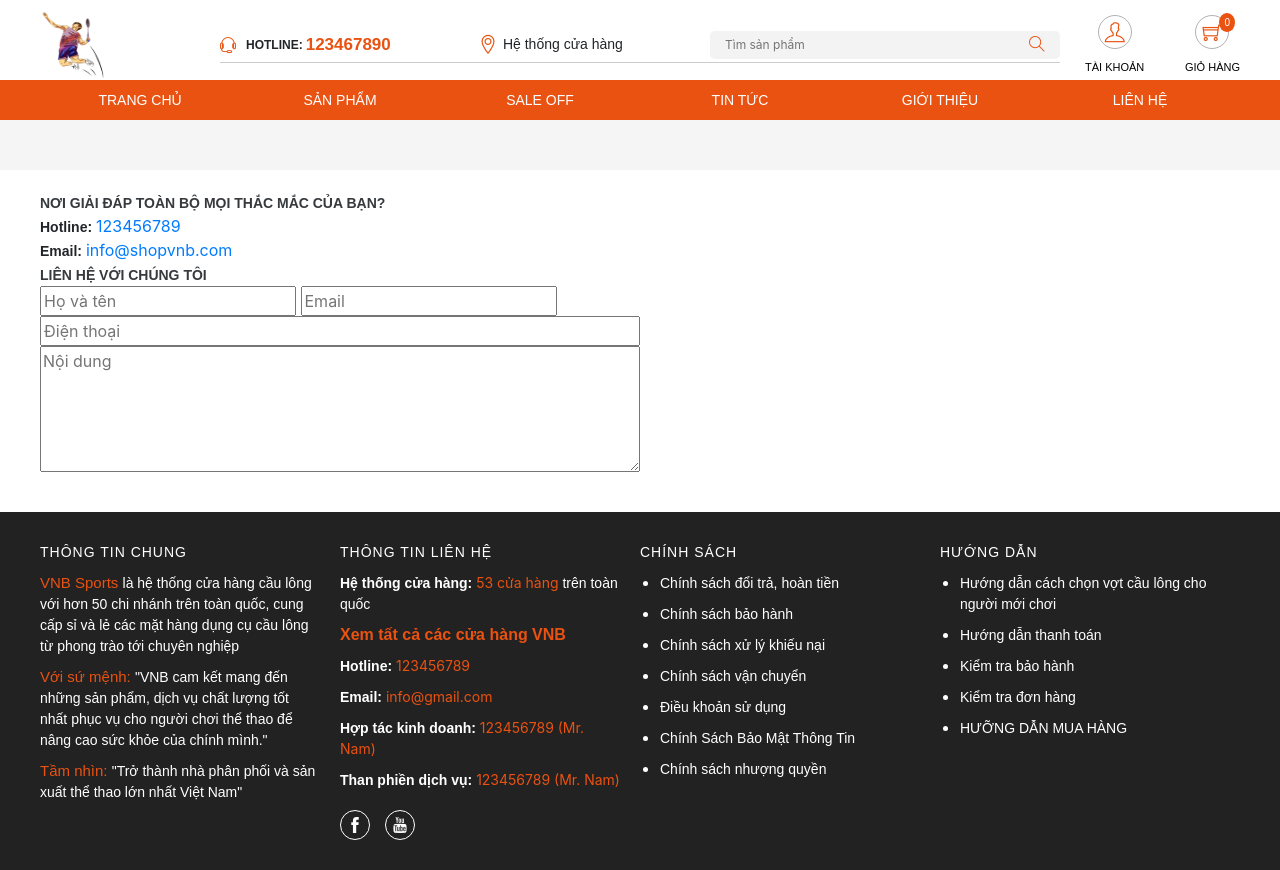
Repository: Namtran3107/CauLongSo1
Page: contact.html
These files come from the project's save history. The page is drawn as it stood at one moment and after the next save; the edit follows.
The browser window is 1280 px wide. The pictures show the whole page.

Above is the page before, as saved 2022-12-10 13:34:30.

### contact.html
<!DOCTYPE html>
<html lang="en">
<head>
    <meta charset="UTF-8">
    <meta http-equiv="X-UA-Compatible" content="IE=edge">
    <meta name="viewport" content="width=device-width, initial-scale=1.0">
    <link rel="stylesheet" href="./index.css">
    <link rel="stylesheet" href="./product.css">
    <link rel="stylesheet" href="./contact.css">
    <link rel="stylesheet" href="./themify-icons-font/themify-icons/themify-icons.css">
    <link rel="stylesheet" href="https://stackpath.bootstrapcdn.com/bootstrap/4.3.1/css/bootstrap.min.css" integrity="sha384-ggOyR0iXCbMQv3Xipma34MD+dH/1fQ784/j6cY/iJTQUOhcWr7x9JvoRxT2MZw1T" crossorigin="anonymous">
    <title>Cau Long So 1</title>
</head>
<body>
    <div id="body-all-website">
        <div id="body-width-all">
            <div id="header-website-top">
                <div class="header-website">
                    <div class="header-logo-and-account-all">
                        <a href="" class="header-logo-website">
                            <img src="./img/pngtree-badminton-fitness-little-boy-image_1289549.png" alt="" class="header-logo">
                        </a>
                        <div class="header-phone-location-search">
                            <div class="header-phone-location-search-list">
                                <div class="header-phone-number">
                                    <div class="header-logo-number"><div class="ti-headphone-alt"></div></div>
                                    <div class="header-content-phone-number">HOTLINE: </div>
                                    <div class="header-phone-number-item">123467890</div>
                                </div>
                                <div class="header-location-store">
                                    <div class="header-logo-location"><div class="ti-location-pin"></div></div>
                                    <div class="header-content-location">Hệ thống cửa hàng</div>
                                </div>
                                <div class="header-search-product">
                                    <input type="text" name="" id="" class="header-input-search" placeholder="Tìm sản phẩm">
                                    <a href="" class="header-logo-search"><div class="ti-search"></div></a>
                                    <div class="header-input-history-all">
                                        <div class="header-input-history-list">
                                            <div class="header-input-history-content">
                                                <div class="header-input-history-name-content">Tìm kiếm gần đây</div>
                                            </div>
                                            <div class="header-input-history-item">
                                                <a href="" class="input-history-img"><img src="./img/history.PNG" alt=""></a>
                                                <div class="input-history-name-procduc-and-price">
                                                    <a href="" class="input-history-name-procduc"><div>Giày cầu lông trẻ em Kumpoo KH-F07J xanh chính hãng</div></a>
                                                    <div class="input-history-product-price">690.000 ₫</div>
                                                </div>
                                                <a href="" class="input-history-delete"><div class="ti-close"></div></a>
                                            </div>
                                            <div class="header-input-history-item">
                                                <a href="" class="input-history-img"><img src="./img/history.PNG" alt=""></a>
                                                <div class="input-history-name-procduc-and-price">
                                                    <a href="" class="input-history-name-procduc"><div>Giày cầu lông trẻ em Kumpoo KH-F07J xanh chính hãng</div></a>
                                                    <div class="input-history-product-price">690.000 ₫</div>
                                                </div>
                                                <a href="" class="input-history-delete"><div class="ti-close"></div></a>
                                            </div>
                                            <div class="header-input-history-item">
                                                <a href="" class="input-history-img"><img src="./img/history.PNG" alt=""></a>
                                                <div class="input-history-name-procduc-and-price">
                                                    <a href="" class="input-history-name-procduc"><div>Giày cầu lông trẻ em Kumpoo KH-F07J xanh chính hãng</div></a>
                                                    <div class="input-history-product-price">690.000 ₫</div>
                                                </div>
                                                <a href="https://www.facebook.com/" class="input-history-delete"><div class="ti-close"></div></a>
                                            </div>
                                        </div>
                                    </div>
                                </div>
                            </div>
                        </div>
                        <div class="header-account-website">
                            <div class="account-header-list">
                                <div class="account-website">
                                    <div class="logo-account-website">
                                        <div class="ti-user"></div>
                                        <div class="content-account-website content-account-website-color">TÀI KHOẢN</div>
                                        <div class="account-login-and-register">
                                            <a href="" class="account-login-register-list">
                                                <div class="account-login-register-logo"><div class="ti-share"></div></div>
                                                <div class="ccount-login-register-content">Đăng nhập</div>
                                            </a>
                                            <a href="" class="account-login-register-list">
                                                <div class="account-login-register-logo"><div class="ti-share-alt"></div></div>
                                                <div class="ccount-login-register-content">Đăng ký</div>
                                            </a>
                                        </div>
                                    </div>
                                    <div class="cart-website-header">
                                        <a href="" class="cart-website">
                                            <div class="ti-shopping-cart"></div>
                                            <div class="content-cart-website content-account-website-color">GIỎ HÀNG</div>
                                        </a>
                                        <div class="cart-list">
                                            <div class="cart-list-son">
                                                <div class="cart-list-logo"><div class="ti-bag"></div></div>
                                                <span class="cart-list-text">Không có sản phẩm nào trong giỏ hàng của bạn</span>
                                            </div>
                                        </div>
                                    </div>
                                </div>
                            </div>
                        </div>
                    </div>
                    <div class="header-menu-website">
                        <ul class="menu-website-list">
                            <li><a href="./index.html" class="menu-website-item">TRANG CHỦ</a></li>
                            <li><a href="./product.css" class="menu-website-item">SẢN PHẨM</a></li>
                            <li><a href="./saleoff.html" class="menu-website-item">SALE OFF</a></li>
                            <li><a href="./news.html" class="menu-website-item">TIN TỨC</a></li>
                            <li><a href="./recomend.html" class="menu-website-item">GIỚI THIỆU</a></li>
                            <li><a href="" class="menu-website-item">LIÊN HỆ</a></li>
                        </ul>
                    </div>
                    <div class="header-menu-website-bottom-background"></div>
                </div>
            </div>
            <div id="body-contact-all">
                <div class="body-contact-list">
                    <div class="body-contact-item">
                        <div class="body-input-contact">
                            <span class="header-content-contact">NƠI GIẢI ĐÁP TOÀN BỘ MỌI THẮC MẮC CỦA BẠN?</span>
                            <div class="contact-phone-and-email">
                                <span class="contact-phone-email-text">Hotline: </span>
                                <a href="" class="contact-phone-email-link">123456789</a>
                            </div>
                            <div class="contact-phone-and-email">
                                <span class="contact-phone-email-text">Email: </span>
                                <a href="" class="contact-phone-email-link">info@shopvnb.com</a>
                            </div>
                            <span class="header-content-contact">LIÊN HỆ VỚI CHÚNG TÔI</span>
                            <div class="contact-input-all">
                                <div class="contact-input-name-and-email-all">
                                    <input type="text" class="contact-input-name-and-email" placeholder="Họ và tên">
                                    <input type="email" class="contact-input-name-and-email" placeholder="Email">
                                </div>
                                <input type="tel" class="contact-input-number" placeholder="Điện thoại">
                                <textarea name="" id="" cols="100%" rows="5" placeholder="Nội dung"></textarea>
                            </div>
                        </div>
                    </div>
                    <div class="body-contact-item"></div>
                </div>
            </div>

            <div id="footer-website-bottom">
                <div id="footer-website-all">
                    <div class="footer-website-list">
                        <div class="footer-website-item">
                            <div class="footer-website-item-header">THÔNG TIN CHUNG</div>
                            <div class="footer-website-item-text">
                                <div class="footer-item-text-son">
                                    <span class="footer-website-item-bold-first">VNB Sports </span>
                                    <span class="footer-website-item-last">là hệ thống cửa hàng cầu lông với hơn 50 chi nhánh trên toàn quốc, cung cấp sỉ và lẻ các mặt hàng dụng cụ cầu lông từ phong trào tới chuyên nghiệp</span>
                                </div>
                                <div class="footer-item-text-son">
                                    <span class="footer-website-item-bold-first">Với sứ mệnh: </span>
                                    <span class="footer-website-item-last">"VNB cam kết mang đến những sản phẩm, dịch vụ chất lượng tốt nhất phục vụ cho người chơi thể thao để nâng cao sức khỏe của chính mình."</span>
                                </div>
                                <div class="footer-item-text-son">
                                    <span class="footer-website-item-bold-first">Tầm nhìn: </span>
                                    <span class="footer-website-item-last">"Trở thành nhà phân phối và sản xuất thể thao lớn nhất Việt Nam"</span>
                                </div>
                            </div>
                        </div>
                        <div class="footer-website-item">
                            <div class="footer-website-item-header">THÔNG TIN LIÊN HỆ</div>
                            <div class="footer-website-item-text">
                                <div class="footer-website-item-contact">
                                    <span class="footer-website-item-contact-bold">Hệ thống cửa hàng: </span>
                                    <a href="" class="footer-website-item-contact-color">53 cửa hàng </a>
                                    <span class="footer-website-item-contact-text">trên toàn quốc</span>
                                </div>
                                <div class="footer-website-item-contact">
                                    <a href="" class="footer-website-item-location">Xem tất cả các cửa hàng VNB</a>
                                </div>
                                <div class="footer-website-item-contact">
                                    <span class="footer-website-item-contact-bold">Hotline: </span>
                                    <span class="footer-website-item-contact-color">123456789</span>
                                </div>
                                <div class="footer-website-item-contact">
                                    <span class="footer-website-item-contact-bold">Email: </span>
                                    <span class="footer-website-item-contact-color">info@gmail.com</span>
                                </div>
                                <div class="footer-website-item-contact">
                                    <span class="footer-website-item-contact-bold">Hợp tác kinh doanh: </span>
                                    <span class="footer-website-item-contact-color">123456789 (Mr. Nam)</span>
                                </div>
                                <div class="footer-website-item-contact">
                                    <span class="footer-website-item-contact-bold">Than phiền dịch vụ: </span>
                                    <span class="footer-website-item-contact-color">123456789 (Mr. Nam)</span>
                                </div>
                                <div class="footer-website-item-contact">
                                    <a href="" class="footer-website-item-contact-icon"><div class="ti-facebook"></div></a>
                                    <a href="" class="footer-website-item-contact-icon"><div class="ti-youtube"></div></a>
                                </div>
                            </div>
                        </div>
                        <div class="footer-website-item">
                            <div class="footer-website-item-header">CHÍNH SÁCH</div>
                            <ul class="footer-website-item-text">
                                <li class="footer-website-item-text-li">
                                    <a href="" class="footer-website-item-text-a">Chính sách đổi trả, hoàn tiền</a>
                                </li>
                                <li class="footer-website-item-text-li">
                                    <a href="" class="footer-website-item-text-a">Chính sách bảo hành</a>
                                </li>
                                <li class="footer-website-item-text-li">
                                    <a href="" class="footer-website-item-text-a">Chính sách xử lý khiếu nại</a>
                                </li>
                                <li class="footer-website-item-text-li">
                                    <a href="" class="footer-website-item-text-a">Chính sách vận chuyển</a>
                                </li>
                                <li class="footer-website-item-text-li">
                                    <a href="" class="footer-website-item-text-a">Điều khoản sử dụng</a>
                                </li>
                                <li class="footer-website-item-text-li">
                                    <a href="" class="footer-website-item-text-a">Chính Sách Bảo Mật Thông Tin</a>
                                </li>
                                <li class="footer-website-item-text-li">
                                    <a href="" class="footer-website-item-text-a">Chính sách nhượng quyền</a>
                                </li>
                            </ul>
                        </div>
                        <div class="footer-website-item">
                            <div class="footer-website-item-header">HƯỚNG DẪN</div>
                            <ul class="footer-website-item-text">
                                <li class="footer-website-item-text-li">
                                    <a href="" class="footer-website-item-text-a">Hướng dẫn cách chọn vợt cầu lông cho người mới chơi</a>
                                </li>
                                <li class="footer-website-item-text-li">
                                    <a href="" class="footer-website-item-text-a">Hướng dẫn thanh toán</a>
                                </li>
                                <li class="footer-website-item-text-li">
                                    <a href="" class="footer-website-item-text-a">Kiểm tra bảo hành</a>
                                </li>
                                <li class="footer-website-item-text-li">
                                    <a href="" class="footer-website-item-text-a">Kiểm tra đơn hàng</a>
                                </li>
                                <li class="footer-website-item-text-li">
                                    <a href="" class="footer-website-item-text-a">HƯỠNG DẪN MUA HÀNG</a>
                                </li>
                            </ul>
                        </div>
                    </div>
                </div>
            </div>
        </div>
    </div>
    <script src="https://code.jquery.com/jquery-3.3.1.slim.min.js" integrity="sha384-q8i/X+965DzO0rT7abK41JStQIAqVgRVzpbzo5smXKp4YfRvH+8abtTE1Pi6jizo" crossorigin="anonymous"></script>
    <script src="https://cdnjs.cloudflare.com/ajax/libs/popper.js/1.14.7/umd/popper.min.js" integrity="sha384-UO2eT0CpHqdSJQ6hJty5KVphtPhzWj9WO1clHTMGa3JDZwrnQq4sF86dIHNDz0W1" crossorigin="anonymous"></script>
    <script src="https://stackpath.bootstrapcdn.com/bootstrap/4.3.1/js/bootstrap.min.js" integrity="sha384-JjSmVgyd0p3pXB1rRibZUAYoIIy6OrQ6VrjIEaFf/nJGzIxFDsf4x0xIM+B07jRM" crossorigin="anonymous"></script>
</body>
</html>

### contact.css
.body-contact-list{
    width: 1200px;
    margin: 0 auto;
    margin-top: 20px;
}
.body-contact-item{
    width: 50%;
}
.contact-input-all{
    display: flex;
    flex-direction: column;
}
.header-content-contact{
    font-size: 14px;
    font-family: sans-serif;
    font-weight: 600;
    opacity: 0.9;
    margin-bottom: 5px;
}
.contact-phone-email-text{
    font-size: 14px;
    font-family: sans-serif;
    font-weight: 600;
}

Loaded but not shown: themify-icons-font/themify-icons/themify-icons.css (common file); index.css (806 lines, source omitted); product.css (304 lines, source omitted)

After the next save:
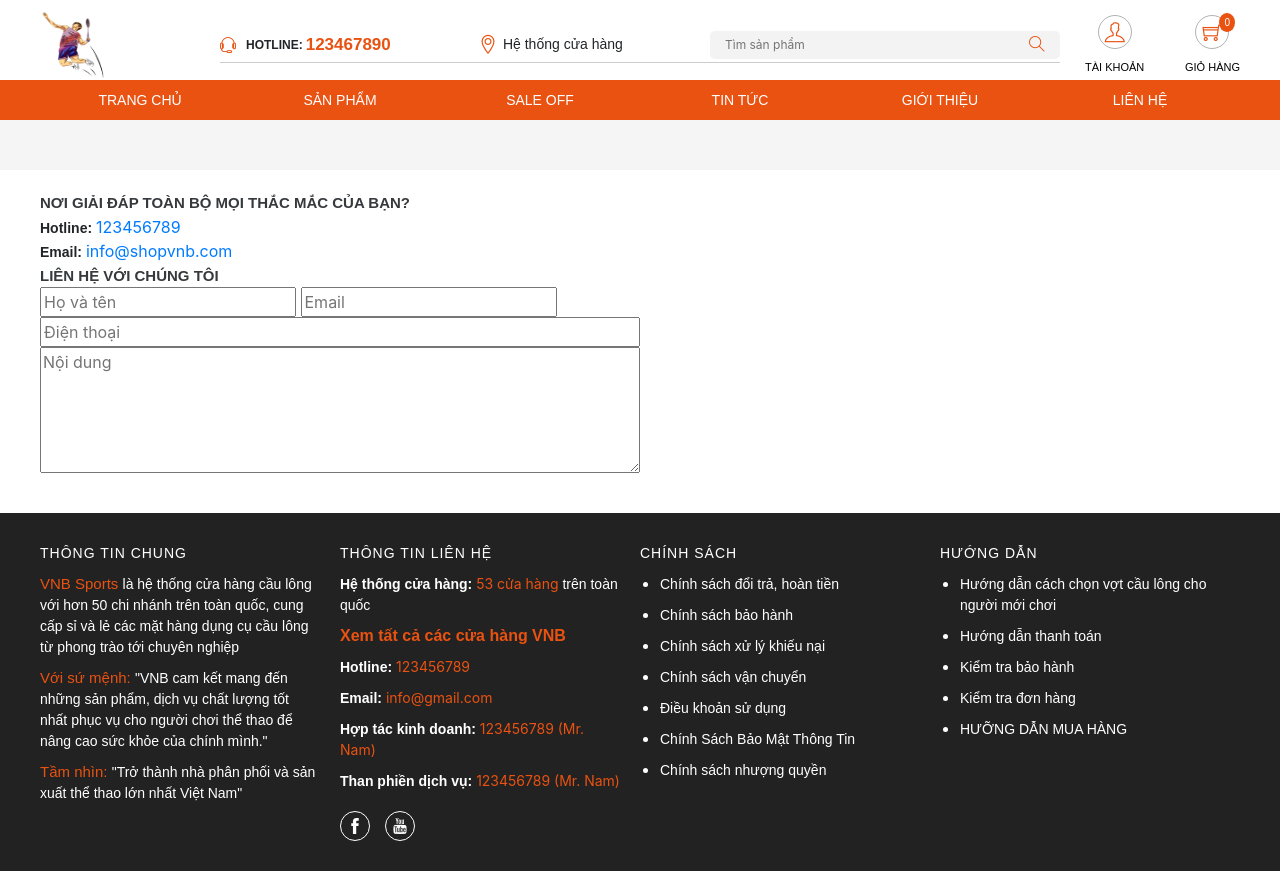
Saved 11 s later.
--- a/contact.css
+++ b/contact.css
@@ -11,7 +11,7 @@
     flex-direction: column;
 }
 .header-content-contact{
-    font-size: 14px;
+    font-size: 15px;
     font-family: sans-serif;
     font-weight: 600;
     opacity: 0.9;
